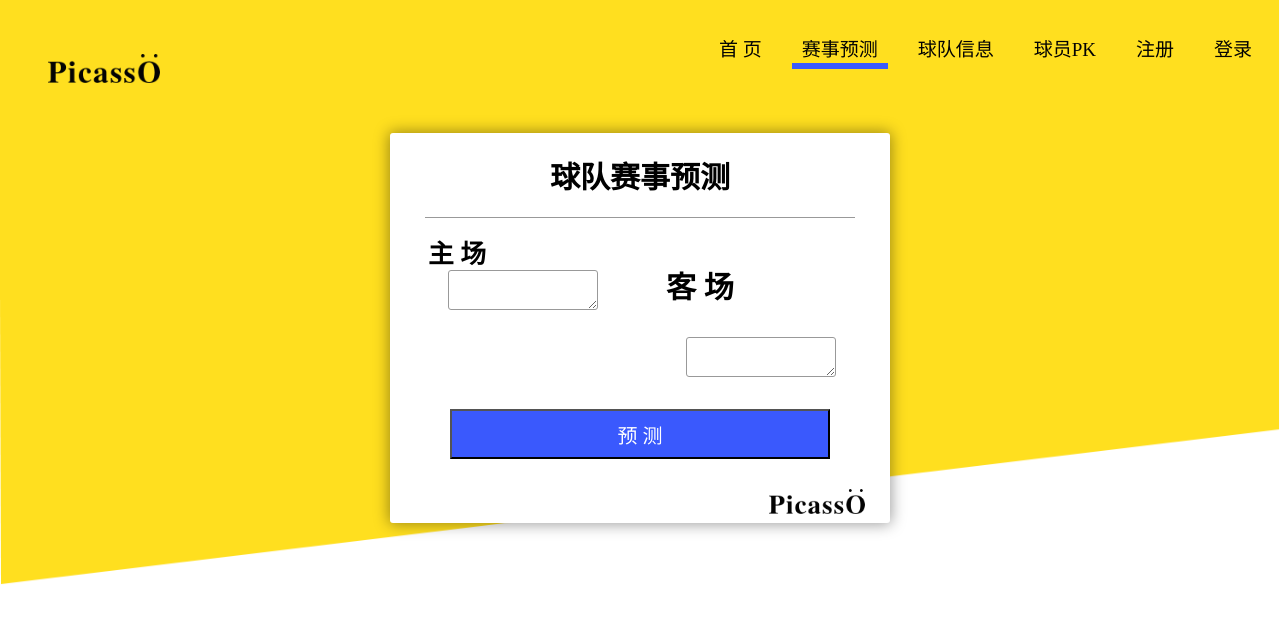
Repository: cciixx/nba-prediction-sys
Page: public/predict.html
The author's editor kept a copy of each file at every save. The page is drawn from the files as they stood at one save, then again after the next save.
The browser window is 1280 px wide. The pictures show the whole page.

Above is the page before, as saved 2020-03-27 18:02:39.

After the next save:
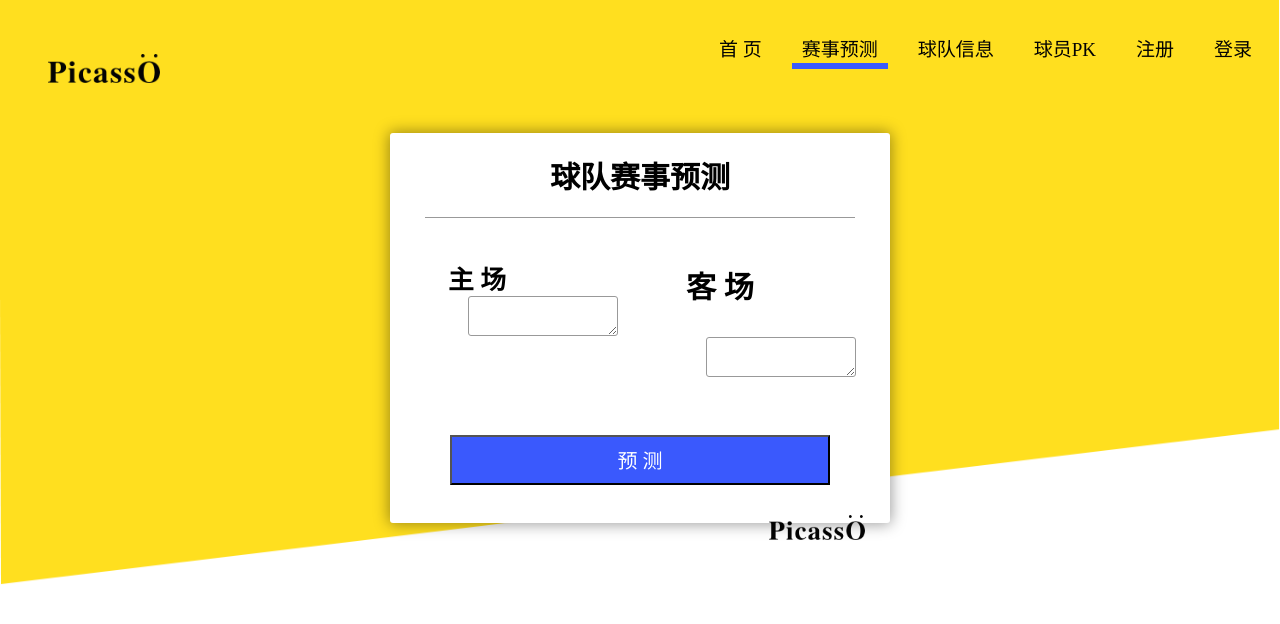
Saved 18 s later.
--- a/public/css/predict.css
+++ b/public/css/predict.css
@@ -25,9 +25,13 @@ h2{
 }
 
 label {
-    font-size: 1.17em;
-    font-weight: bolder;
-    margin: . 83em 0
+    display: block;
+  font-size: 1.17em;
+  margin-top: 1em;
+  margin-bottom: 1em;
+  margin-left: 0;
+  margin-right: 0;
+  font-weight: bold;
     margin-left: 20px;
 }
 textarea {
